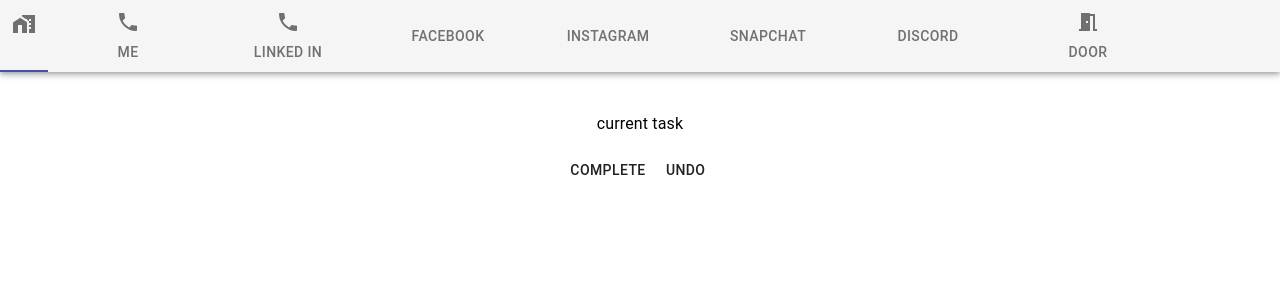
Repository: hossamsulleman1/CONTACTME
Page: / (app in my-app/)
The author's editor kept a copy of each file at every save. The page is drawn from the files as they stood at one save, then again after the next save.
The browser window is 1280 px wide. The pictures show the whole page.
The project was rebuilt for these pictures with package versions that can differ from the ones it lists, and the page was loaded fresh each time. Also part of the build but not shown: my-app/src/Components/PageProp.jsx, my-app/src/Components/ProfileFolder/FriendsAvatarList.jsx, my-app/src/Components/ProfileFolder/Content.jsx.

Above is the page before, as saved 2020-11-08 11:11:33.

After the next save:
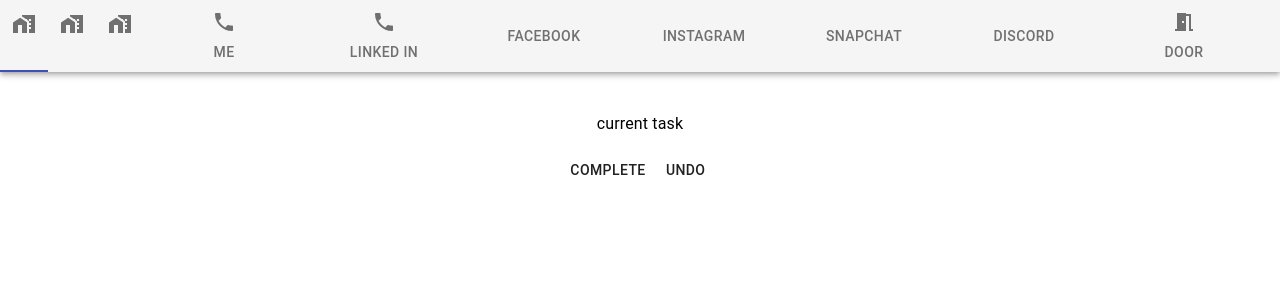
Saved 37 s later.
--- a/my-app/src/Components/IconNav.jsx
+++ b/my-app/src/Components/IconNav.jsx
@@ -85,6 +85,22 @@ export default function IconNav() {
               <HomeWorkIcon></HomeWorkIcon>
             </IconButton>
           </div>
+          <div className="floatRight">
+            <IconButton
+              aria-label="delete"
+              href="https://semptiareact.web.app/"
+            >
+              <HomeWorkIcon></HomeWorkIcon>
+            </IconButton>
+          </div>
+          <div className="floatRight">
+            <IconButton
+              aria-label="delete"
+              href="https://semptiareact.web.app/"
+            >
+              <HomeWorkIcon></HomeWorkIcon>
+            </IconButton>
+          </div>
           <Tab icon={<PhoneIcon />} label="ME" {...a11yProps(0)} />
           <Tab icon={<PhoneIcon />} label="Linked In" {...a11yProps(1)} />
           <Tab label="Facebook" {...a11yProps(2)} />
